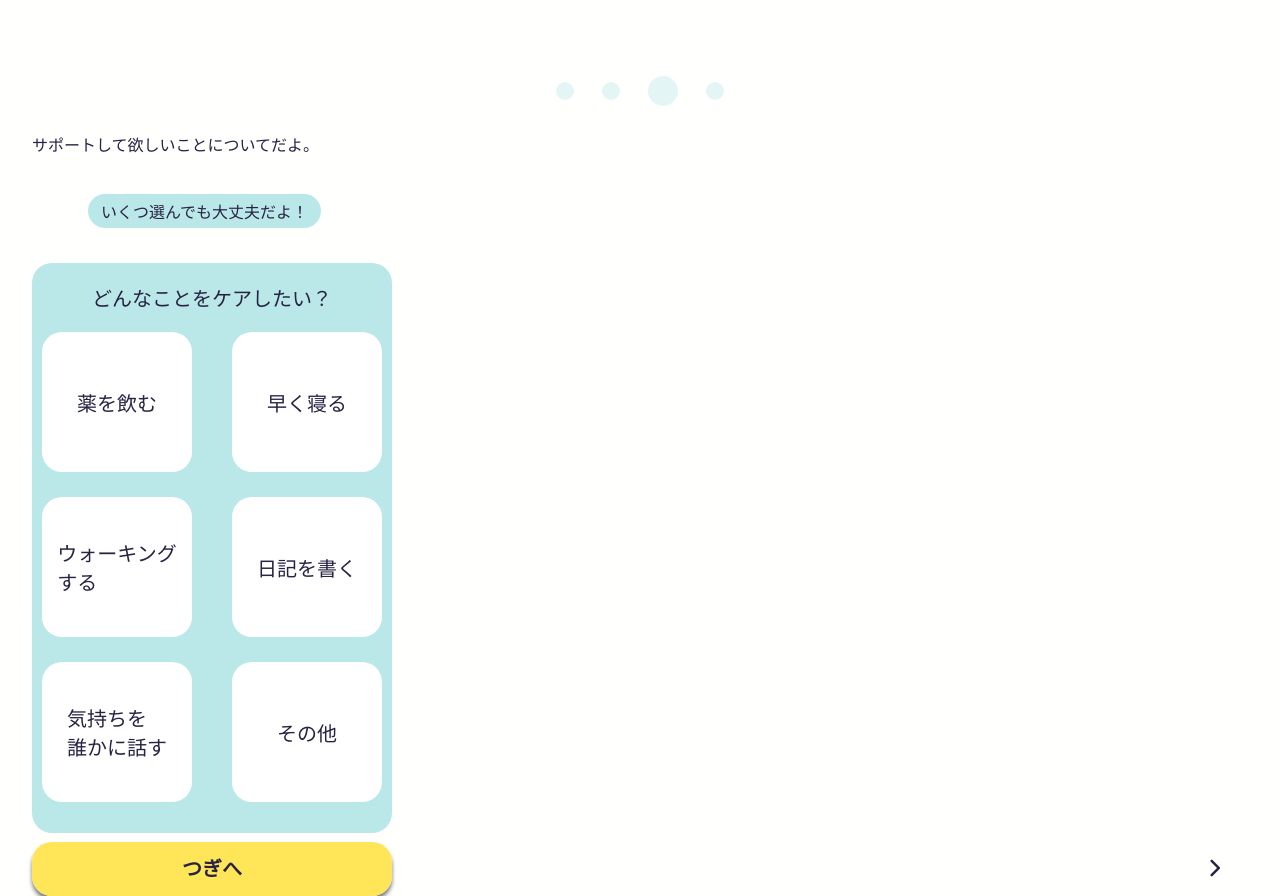
Repository: misaki0919/Self-care
Page: support.html
The author's editor kept a copy of each file at every save. The page is drawn from the files as they stood at one save, then again after the next save.
The browser window is 1280 px wide. The pictures show the whole page.
Some web fonts or font styles are not loaded; a fallback is used.

Above is the page before, as saved 2026-07-19 11:45:01.

After the next save:
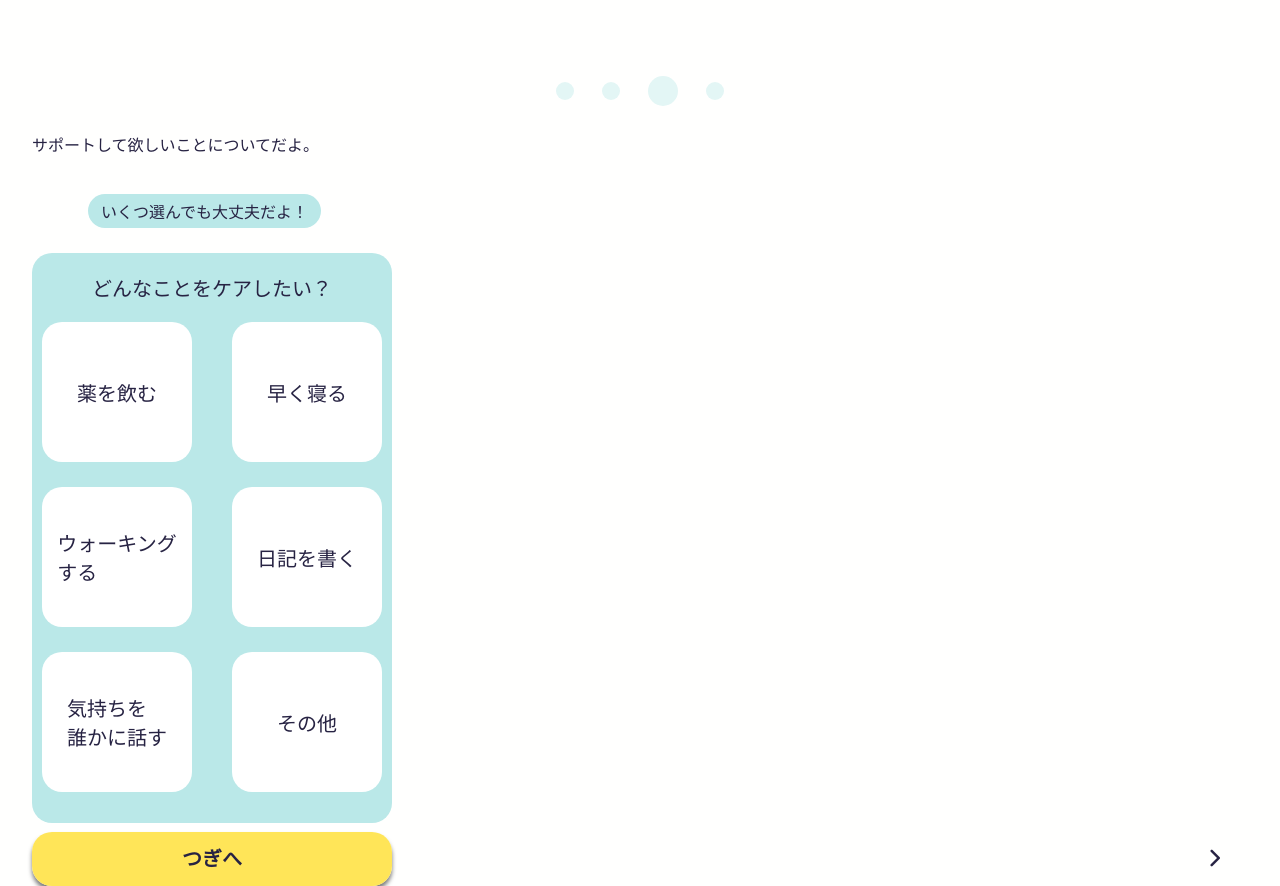
Saved 27 s later.
--- a/css/support.css
+++ b/css/support.css
@@ -46,7 +46,7 @@ body{
     justify-content: center;
     align-items: center;
     margin-left: 80px;
-    margin-bottom: 35px;
+    margin-bottom: 25px;
     margin-top: 38px;
 }
 .wrap{
